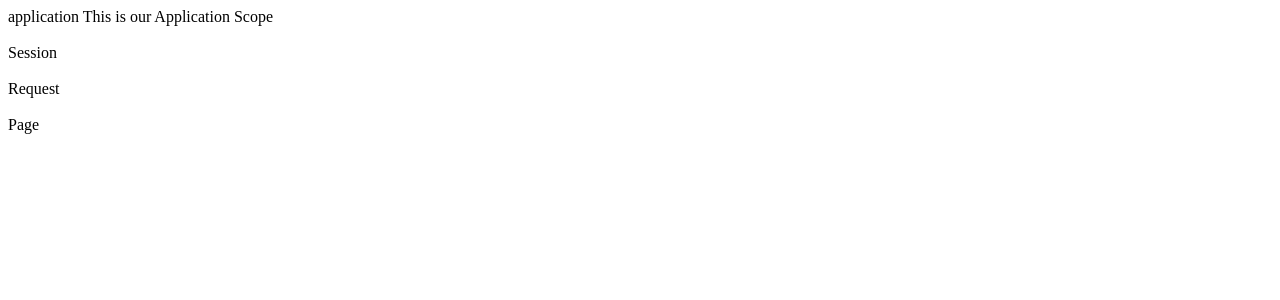
Repository: RevatureSteve/Java
Page: http://localhost/JSPClassScopes/Firstjsp.jsp
The author's editor kept a copy of each file at every save. The page is drawn from the files as they stood at one save, then again after the next save.
The browser window is 1280 px wide. The pictures show the whole page.
The page is served by Tomcat 9.

Above is the page before, as saved 2016-08-31 18:11:29.

After the next save:
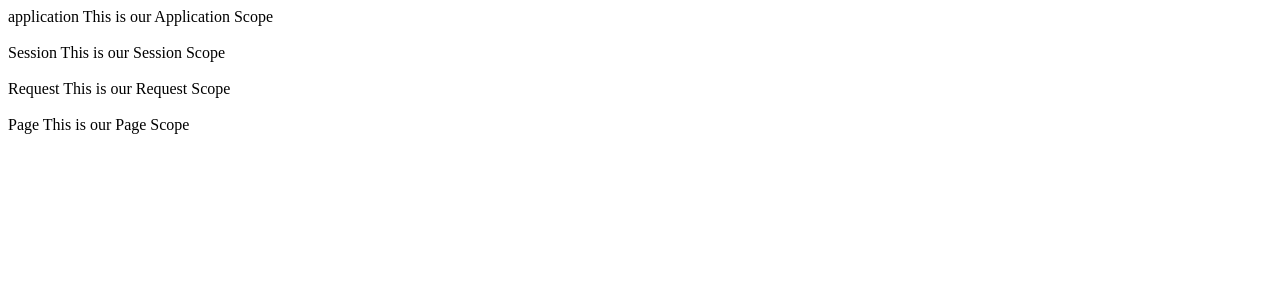
Saved 100 s later.
--- a/Week_3_JSPs_and_Servlet/JSPClassScopes/WebContent/Firstjsp.jsp
+++ b/Week_3_JSPs_and_Servlet/JSPClassScopes/WebContent/Firstjsp.jsp
@@ -34,15 +34,15 @@
  <%=servletContextType.getScopeType() %>
  <br /> <br />
  Session
-
+ <%=sessionType.getScopeType() %>
  <br/> <br />
 
  Request
-
+ <%=requestType.getScopeType() %>
  <br /><br />
 
  Page
-
+ <%=pageType.getScopeType() %>
  <br /><br />
 
 </body>
